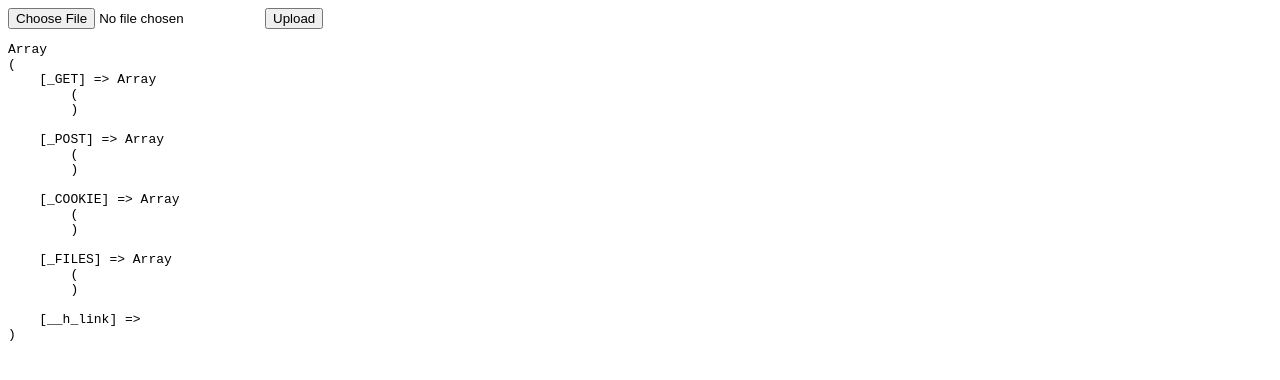
Repository: sara55m/File_Upload
Page: http://localhost/form2.php
These files come from the project's save history. The page is drawn as it stood at one moment and after the next save; the edit follows.
The browser window is 1280 px wide. The pictures show the whole page.
The page is run by PHP 8.4 with error messages shown; the project is at /var/www/html/.

Above is the page before, as saved 2024-09-02 04:22:09.

After the next save:
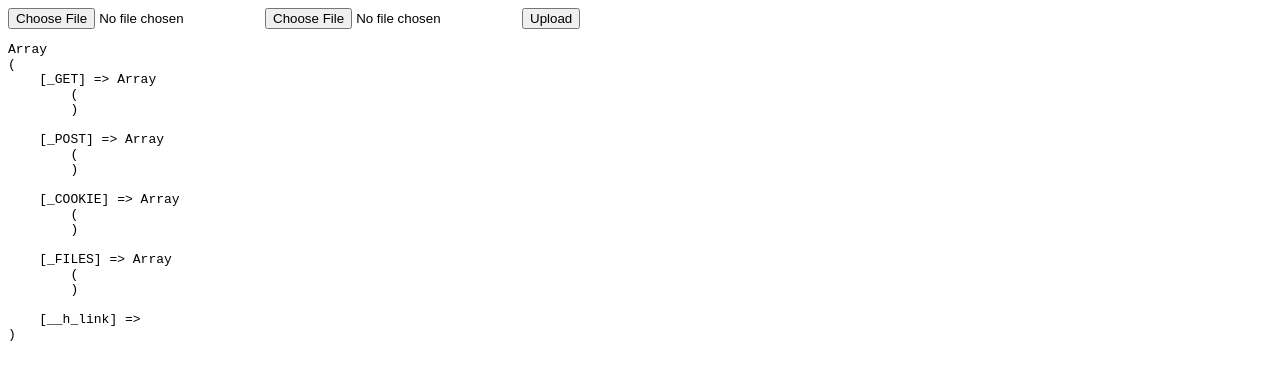
Saved 8 s later.
--- a/form2.php
+++ b/form2.php
@@ -9,7 +9,7 @@
 <form action="" method="post" enctype="multipart/form-data">
 
 <input type="file" name="file0">
-<!--<input type="file" name="file1">-->
+<input type="file" name="file1">
 <input type="hidden" name="hd" value='upload'>
 <input type="submit" name="submit" value="Upload">
 </form>
